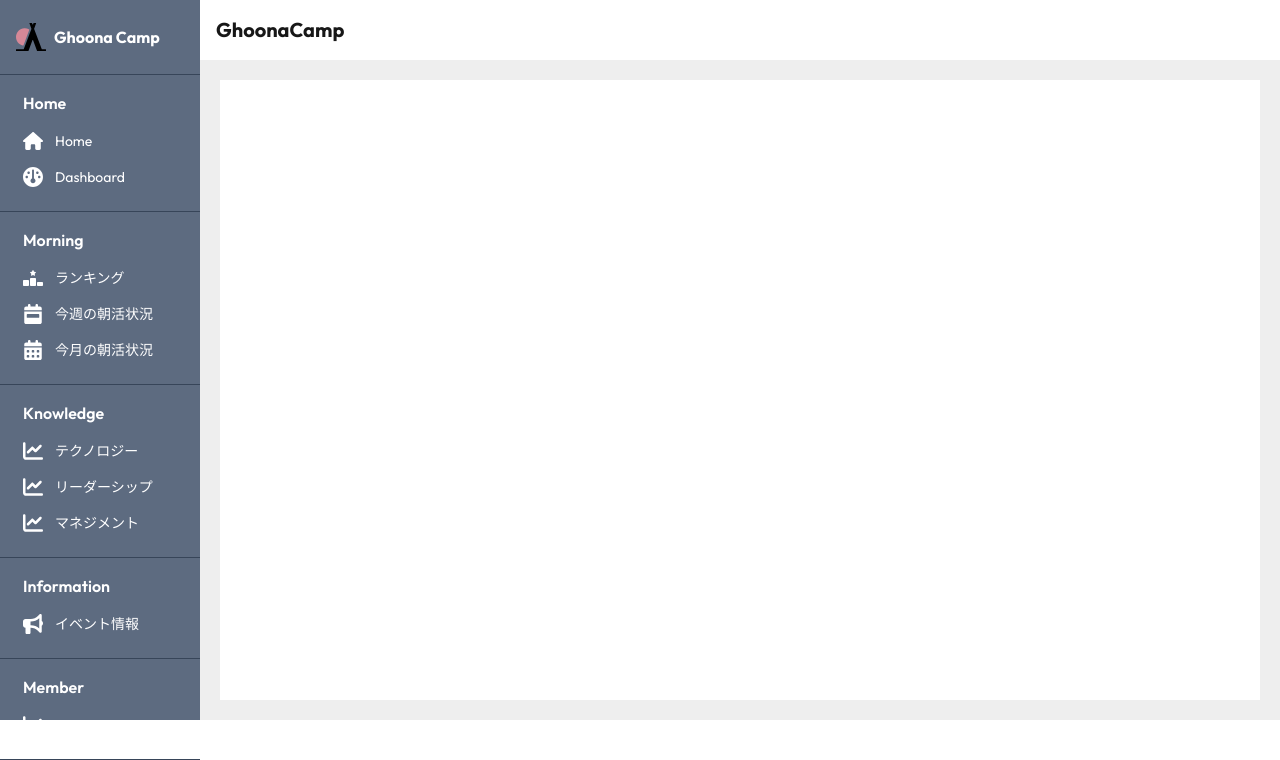
Repository: ShotaGhoona/ghoonacamp_platform
Page: /setting/profile/1
These files come from the project's save history. The page is drawn as it stood at one moment and after the next save; the edit follows.
The browser window is 1280 px wide. The pictures show the whole page.
The page's requests for data from a server got no answer. The project was rebuilt for these pictures with package versions that can differ from the ones it lists, and the page was loaded fresh each time. Some packages were replaced by stand-ins written for this rebuild. The framework's server and built-in components were replaced by stand-ins that run in the browser. No one was signed in, and anything a server would have sent is missing. Also part of the build but not shown: next.config.js.

Above is the page before, as saved 2025-04-29 10:24:39.

After the next save:
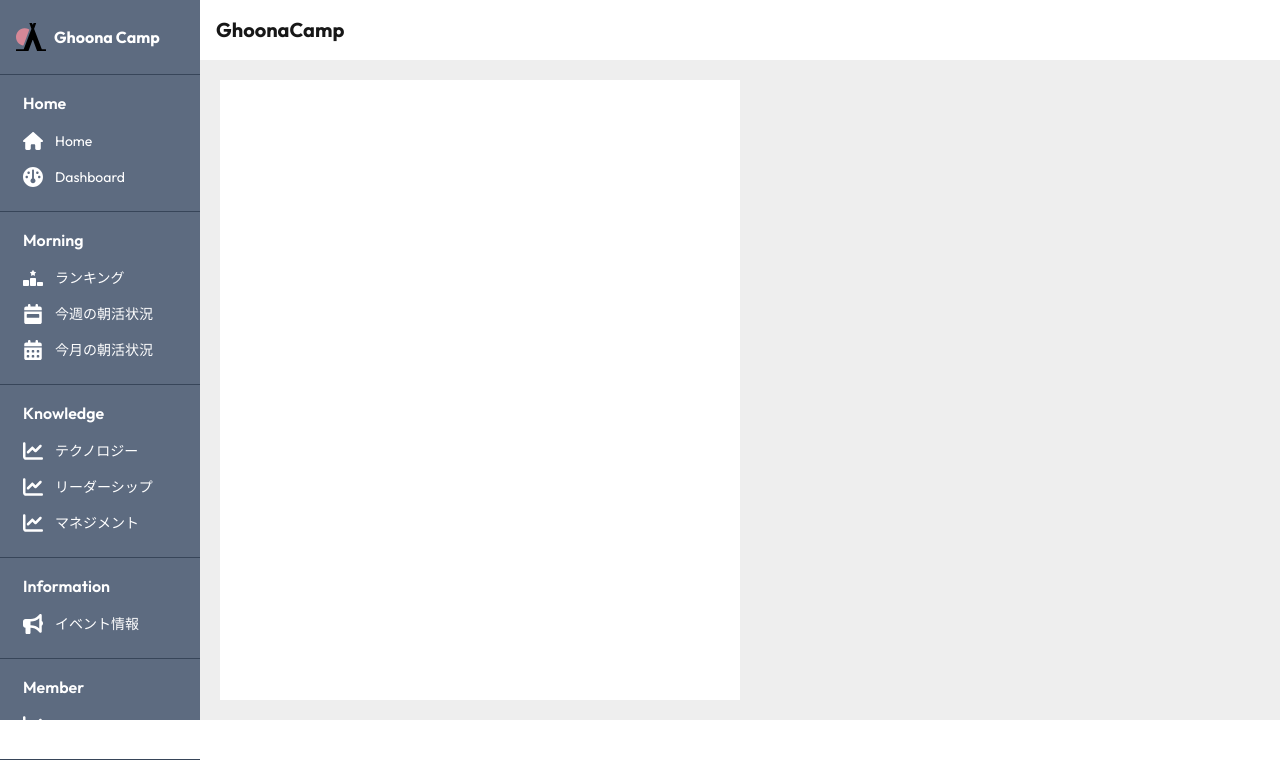
Saved 6 s later.
--- a/src/features/setting/profile/1/display/index.tsx
+++ b/src/features/setting/profile/1/display/index.tsx
@@ -4,7 +4,7 @@ export default function IndexPage() {
       <div className="w-[50%] h-full bg-white">
 
       </div>
-      <div className="w-[50%] h-full bg-white">
+      <div className="w-[50%] h-full">
         {/* プレビュー */}
       </div>
     </div>
